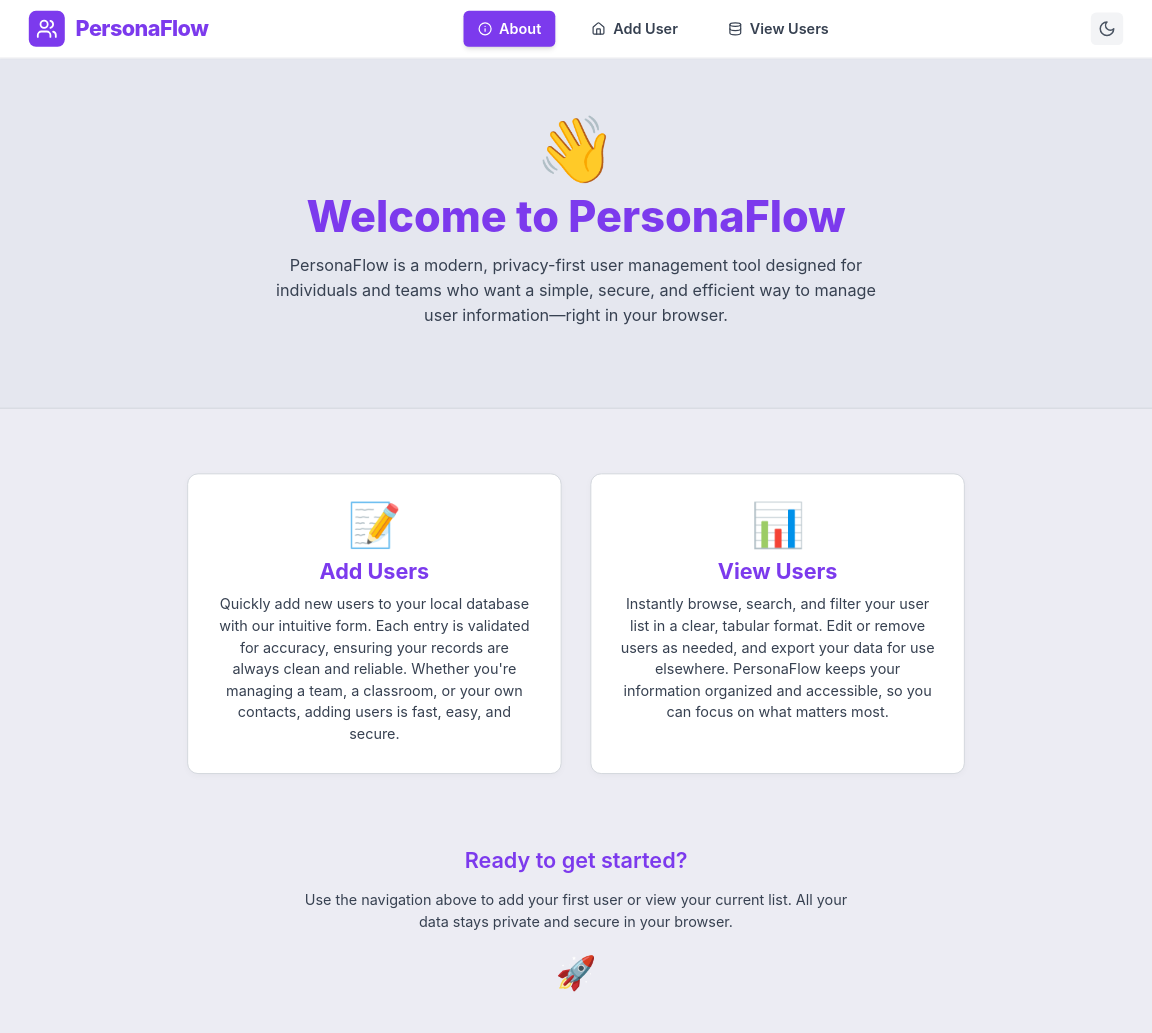
Repository: nikunjagarwal05/PersonaFlow
Page: /
These files come from the project's save history. The page is drawn as it stood at one moment and after the next save; the edit follows.
The browser window is 1280 px wide. The pictures show the whole page, at 90% of full size.
The project was rebuilt for these pictures with package versions that can differ from the ones it lists, and the page was loaded fresh each time. Also part of the build but not shown: vite.config.ts, src/components/Toast.jsx, src/components/UserForm.jsx, src/utils/localStorage.js, src/pages/Home.jsx, src/components/UserTable.jsx, src/components/SearchBar.jsx, src/components/Pagination.jsx and 2 more.

Above is the page before, as saved 2025-06-10 18:12:23.

### index.html
<!doctype html>
<html lang="en">
  <head>
    <meta charset="UTF-8" />
    <link rel="icon" type="image/svg+xml" href="/vite.svg" />
    <meta name="viewport" content="width=device-width, initial-scale=1.0" />
    <meta name="description" content="PersonaFlow - A professional user management system with advanced data handling capabilities" />
    <meta name="keywords" content="user management, data management, professional design, React, JavaScript" />
    <meta name="author" content="PersonaFlow Team" />

    <!-- Open Graph / Facebook -->
    <meta property="og:type" content="website" />
    <meta property="og:title" content="PersonaFlow - Professional User Management" />
    <meta property="og:description" content="Manage users with our professional, clean interface" />

    <!-- Twitter -->
    <meta property="twitter:card" content="summary_large_image" />
    <meta property="twitter:title" content="PersonaFlow - Professional User Management" />
    <meta property="twitter:description" content="Manage users with our professional, clean interface" />

    <title>PersonaFlow - User Management System</title>
  </head>
  <body>
    <div id="root"></div>
    <script type="module" src="/src/main.jsx"></script>
  </body>
</html>

### src/App.jsx
import React, { useState, useEffect } from 'react';
import { BrowserRouter as Router, Routes, Route } from 'react-router-dom';

import { ToastProvider } from './components/ToastContainer';
import Navbar from './components/Navbar';
import Home from './pages/Home';
import ViewData from './pages/ViewData';
import About from './pages/About';

// App component manages global state, dark mode, and routing
function App() {
  const [darkMode, setDarkMode] = useState(() => {
    const saved = localStorage.getItem('darkMode');
    return saved ? JSON.parse(saved) : false;
  });

  useEffect(() => {
    localStorage.setItem('darkMode', JSON.stringify(darkMode));
    if (darkMode) {
      document.documentElement.classList.add('dark');
    } else {
      document.documentElement.classList.remove('dark');
    }
  }, [darkMode]);

  const toggleDarkMode = () => {
    setDarkMode(!darkMode);
  };

  return (
    <div className={`min-h-screen transition-colors duration-300 ${darkMode ? 'dark' : ''}`}>
      <ToastProvider>
        <Router>
          <Navbar darkMode={darkMode} toggleDarkMode={toggleDarkMode} />
          <Routes>
            <Route path="/" element={<About />} />
            <Route path="/add" element={<Home />} />
            <Route path="/view" element={<ViewData />} />
          </Routes>
        </Router>
      </ToastProvider>
    </div>
  );
}

export default App;

### src/index.css
@tailwind base;
@tailwind components;
@tailwind utilities;

@layer base {
  html {
    scroll-behavior: smooth;
  }

  body {
    font-family: -apple-system, BlinkMacSystemFont, 'Segoe UI', 'Roboto', 'Oxygen',
      'Ubuntu', 'Cantarell', 'Fira Sans', 'Droid Sans', 'Helvetica Neue',
      sans-serif;
    -webkit-font-smoothing: antialiased;
    -moz-osx-font-smoothing: grayscale;
    background-color: theme('colors.lightbg'); /* Deeper, softer white for light mode */
    color: theme('colors.gray.900');
  }
  .card {
    background-color: theme('colors.lightcard');
    border: 1px solid theme('colors.lightborder');
    border-radius: 0.75rem;
    box-shadow: 0 2px 8px 0 rgba(0,0,0,0.03);
  }
  .dark body {
    background-color: theme('colors.gray.900');
    color: theme('colors.gray.100');
  }
  .dark .card {
    background-color: theme('colors.gray.800');
    border: 1px solid theme('colors.gray.700');
  }
}

@layer utilities {
  .animate-slide-in {
    animation: slideIn 0.3s ease-out;
  }

  .animate-fade-in {
    animation: fadeIn 0.2s ease-out;
  }
}

@keyframes slideIn {
  from {
    opacity: 0;
    transform: translateX(100%);
  }
  to {
    opacity: 1;
    transform: translateX(0);
  }
}

@keyframes fadeIn {
  from {
    opacity: 0;
  }
  to {
    opacity: 1;
  }
}

/* Custom scrollbar */
::-webkit-scrollbar {
  width: 8px;
}

::-webkit-scrollbar-track {
  background: rgba(0, 0, 0, 0.1);
  border-radius: 10px;
}

::-webkit-scrollbar-thumb {
  background: #3b82f6;
  border-radius: 10px;
}

::-webkit-scrollbar-thumb:hover {
  background: #2563eb;
}

/* Focus styles */
input:focus, select:focus, textarea:focus {
  outline: none;
  box-shadow: 0 0 0 3px rgba(59, 130, 246, 0.3);
}

/* Selection styles */
::selection {
  background: rgba(59, 130, 246, 0.3);
  color: white;
}

/* Loading spinner */
.loading-spinner {
  border: 3px solid rgba(59, 130, 246, 0.3);
  border-radius: 50%;
  border-top: 3px solid #3b82f6;
  width: 24px;
  height: 24px;
  animation: spin 1s linear infinite;
}

@keyframes spin {
  0% { transform: rotate(0deg); }
  100% { transform: rotate(360deg); }
}

/* Button animations */
.btn-hover {
  transition: all 0.2s ease-in-out;
}

.btn-hover:hover {
  transform: translateY(-1px);
  box-shadow: 0 4px 12px rgba(0, 0, 0, 0.15);
}

/* Card hover effects */
.card-hover {
  transition: all 0.2s ease-in-out;
}

.card-hover:hover {
  transform: translateY(-2px);
  box-shadow: 0 8px 25px rgba(0, 0, 0, 0.1);
}

/* Mobile optimizations */
@media (max-width: 768px) {
  .animate-slide-in {
    animation: slideInMobile 0.3s ease-out;
  }
}

@keyframes slideInMobile {
  from {
    opacity: 0;
    transform: translateY(20px);
  }
  to {
    opacity: 1;
    transform: translateY(0);
  }
}

/* High contrast mode support */
@media (prefers-contrast: high) {
  .bg-gradient-to-r {
    background: solid;
  }
}

/* Reduced motion support */
@media (prefers-reduced-motion: reduce) {
  * {
    animation-duration: 0.01ms !important;
    animation-iteration-count: 1 !important;
    transition-duration: 0.01ms !important;
  }

  .animate-slide-in,
  .animate-fade-in {
    animation: none;
  }
}

/* Dark mode improvements */
.dark {
  color-scheme: dark;
}

/* Form improvements */
.form-input {
  transition: all 0.2s ease-in-out;
}

.form-input:focus {
  transform: translateY(-1px);
}

/* Table improvements */
.table-row {
  transition: all 0.2s ease-in-out;
}

.table-row:hover {
  transform: scale(1.01);
}

/* Accent color for buttons and links */
.btn-accent {
  background-color: theme('colors.accent.DEFAULT');
  color: #fff;
}
.btn-accent:hover {
  background-color: theme('colors.accent.dark');
}
.link-accent {
  color: theme('colors.accent.DEFAULT');
}
.link-accent:hover {
  color: theme('colors.accent.dark');
}

/* Use darkaccent for accent in dark mode */
.dark .btn-accent {
  background-color: theme('colors.darkaccent.DEFAULT');
  color: #fff;
}
.dark .btn-accent:hover {
  background-color: theme('colors.darkaccent.dark');
}
.dark .link-accent {
  color: theme('colors.darkaccent.DEFAULT');
}
.dark .link-accent:hover {
  color: theme('colors.darkaccent.dark');
}

### src/components/ToastContainer.jsx
import React, { createContext, useContext, useState, useCallback } from 'react';
import Toast from './Toast';

// ToastContainer provides context and renders toasts
const ToastContext = createContext(undefined);

export const useToast = () => {
  const context = useContext(ToastContext);
  if (!context) {
    throw new Error('useToast must be used within a ToastProvider');
  }
  return context;
};

export const ToastProvider = ({ children }) => {
  const [toasts, setToasts] = useState([]);

  const showToast = useCallback((toast) => {
    const id = crypto.randomUUID();
    const newToast = {
      ...toast,
      id,
      onClose: removeToast,
    };
    setToasts(prev => [...prev, newToast]);
  }, []);

  const removeToast = useCallback((id) => {
    setToasts(prev => prev.filter(toast => toast.id !== id));
  }, []);

  return (
    <ToastContext.Provider value={{ showToast }}>
      {children}
      <div className="fixed top-4 right-4 z-50 space-y-2 max-w-sm">
        {toasts.map(toast => (
          <Toast key={toast.id} {...toast} />
        ))}
      </div>
    </ToastContext.Provider>
  );
};

### src/components/Navbar.jsx
import React from 'react';
import { Link, useLocation } from 'react-router-dom';
import { Home, Database, Moon, Sun, Users, Info } from 'lucide-react';

// Navbar component provides navigation and dark mode toggle
const Navbar = ({ darkMode, toggleDarkMode }) => {
  const location = useLocation();

  return (
    <nav className="sticky top-0 z-40 bg-white dark:bg-gray-900 border-b border-gray-200 dark:border-gray-700 shadow-sm">
      <div className="max-w-7xl mx-auto px-4 sm:px-6 lg:px-8">
        <div className="flex justify-between items-center h-16 w-full">

          {/* App Name at far left */}
          <div className="flex items-center pr-8 min-w-[220px]">

            <div className="p-2 bg-accent dark:bg-darkaccent rounded-lg">
              <Users className="w-6 h-6 text-white" />
            </div>

            <h1 className="ml-3 text-2xl font-extrabold text-accent dark:text-darkaccent-light tracking-tight select-none">
              PersonaFlow
            </h1>
          </div>

          {/* Nav Links Centered */}
          <div className="flex-1 flex justify-center">
            <div className="flex items-baseline space-x-6">
              <Link
                to="/"
                className={`px-4 py-2 rounded-md font-semibold transition-all duration-200 flex items-center space-x-2 ${
                  location.pathname === '/'
                    ? 'bg-accent dark:bg-darkaccent text-white shadow-md'
                    : 'text-gray-700 dark:text-gray-300 hover:bg-gray-100 dark:hover:bg-gray-800'
                }`}
              >
                <Info className="w-4 h-4" />
                <span>About</span>
              </Link>
              <Link
                to="/add"
                className={`px-4 py-2 rounded-md font-semibold transition-all duration-200 flex items-center space-x-2 ${
                  location.pathname === '/add'
                    ? 'bg-accent dark:bg-darkaccent text-white shadow-md'
                    : 'text-gray-700 dark:text-gray-300 hover:bg-gray-100 dark:hover:bg-gray-800'
                }`}
              >
                <Home className="w-4 h-4" />
                <span>Add User</span>
              </Link>
              <Link
                to="/view"
                className={`px-4 py-2 rounded-md font-semibold transition-all duration-200 flex items-center space-x-2 ${
                  location.pathname === '/view'
                    ? 'bg-accent dark:bg-darkaccent text-white shadow-md'
                    : 'text-gray-700 dark:text-gray-300 hover:bg-gray-100 dark:hover:bg-gray-800'
                }`}
              >
                <Database className="w-4 h-4" />
                <span>View Users</span>
              </Link>
            </div>
          </div>

          {/* Theme Toggle at far right */}
          <div className="flex items-center justify-end min-w-[60px]">
            <button
              onClick={toggleDarkMode}
              className="p-2 rounded-md bg-gray-100 dark:bg-gray-800 hover:bg-gray-200 dark:hover:bg-gray-700 transition-all duration-200"
              aria-label="Toggle dark mode"
            >
              {darkMode ? (
                <Sun className="w-5 h-5 text-yellow-500" />
              ) : (
                <Moon className="w-5 h-5 text-gray-600" />
              )}
            </button>
          </div>
        </div>
      </div>

      {/* Mobile Navigation */}
      <div className="md:hidden border-t border-gray-200 dark:border-gray-700">
        <div className="px-2 pt-2 pb-3 space-y-1">
          <Link
            to="/"
            className={`block px-3 py-2 rounded-md text-base font-medium transition-all duration-200 flex items-center space-x-2 ${
              location.pathname === '/'
                ? 'bg-accent dark:bg-darkaccent text-white'
                : 'text-gray-700 dark:text-gray-300 hover:bg-gray-100 dark:hover:bg-gray-800'
            }`}
          >
            <Info className="w-4 h-4" />
            <span>About</span>
          </Link>
          <Link
            to="/add"
            className={`block px-3 py-2 rounded-md text-base font-medium transition-all duration-200 flex items-center space-x-2 ${
              location.pathname === '/add'
                ? 'bg-accent dark:bg-darkaccent text-white'
                : 'text-gray-700 dark:text-gray-300 hover:bg-gray-100 dark:hover:bg-gray-800'
            }`}
          >
            <Home className="w-4 h-4" />
            <span>Add User</span>
          </Link>
          <Link
            to="/view"
            className={`block px-3 py-2 rounded-md text-base font-medium transition-all duration-200 flex items-center space-x-2 ${
              location.pathname === '/view'
                ? 'bg-accent dark:bg-darkaccent text-white'
                : 'text-gray-700 dark:text-gray-300 hover:bg-gray-100 dark:hover:bg-gray-800'
            }`}
          >
            <Database className="w-4 h-4" />
            <span>View Users</span>
          </Link>
        </div>
      </div>
    </nav>
  );
};

export default Navbar;

### src/pages/About.jsx
import React from 'react';

// About page: Explains the website and its main features in depth
const About = () => {
  return (
    <div className="min-h-screen bg-lightbg dark:bg-gray-900 text-gray-900 dark:text-gray-100">
      {/* Hero Section */}
      <section className="w-full py-16 bg-lightcard dark:bg-gray-800 border-b border-lightborder dark:border-gray-700 mb-10">
        <div className="max-w-3xl mx-auto px-4 flex flex-col items-center text-center">
          <span className="inline-block text-7xl mb-4">👋</span>
          <h1 className="text-4xl sm:text-5xl font-extrabold text-accent dark:text-accent-light mb-4">Welcome to PersonaFlow</h1>
          <p className="text-lg text-gray-700 dark:text-gray-200 max-w-2xl mb-6">
            PersonaFlow is a modern, privacy-first user management tool designed for individuals and teams who want a simple, secure, and efficient way to manage user information—right in your browser.
          </p>
        </div>
      </section>

      {/* Features Section */}
      <section className="max-w-4xl mx-auto px-4 py-8 grid grid-cols-1 md:grid-cols-2 gap-8">
        {/* Add Users Feature */}
        <div className="bg-white dark:bg-gray-800 card p-8 flex flex-col items-center text-center">
          <span className="text-5xl mb-3">📝</span>
          <h2 className="text-2xl font-bold text-accent dark:text-accent-light mb-2">Add Users</h2>
          <p className="text-gray-700 dark:text-gray-200">
            Quickly add new users to your local database with our intuitive form. Each entry is validated for accuracy, ensuring your records are always clean and reliable. Whether you're managing a team, a classroom, or your own contacts, adding users is fast, easy, and secure.
          </p>
        </div>
        {/* View Users Feature */}
        <div className="bg-white dark:bg-gray-800 card p-8 flex flex-col items-center text-center">
          <span className="text-5xl mb-3">📊</span>
          <h2 className="text-2xl font-bold text-accent dark:text-accent-light mb-2">View Users</h2>
          <p className="text-gray-700 dark:text-gray-200">
            Instantly browse, search, and filter your user list in a clear, tabular format. Edit or remove users as needed, and export your data for use elsewhere. PersonaFlow keeps your information organized and accessible, so you can focus on what matters most.
          </p>
        </div>
      </section>

      {/* Call to Action */}
      <section className="max-w-2xl mx-auto px-4 py-12 text-center">
        <h3 className="text-2xl font-semibold mb-4 text-accent dark:text-accent-light">Ready to get started?</h3>
        <p className="text-gray-700 dark:text-gray-200 mb-6">
          Use the navigation above to add your first user or view your current list. All your data stays private and secure in your browser.
        </p>
        <span className="inline-block text-4xl">🚀</span>
      </section>
    </div>
  );
};

export default About;

### tailwind.config.js
/** @type {import('tailwindcss').Config} */
export default {
  content: ['./index.html', './src/**/*.{js,ts,jsx,tsx}'],
  theme: {
    extend: {
      colors: {
        lightbg: '#ececf3', // deeper, softer white for light mode
        lightcard: '#e5e7ef', // soft card
        lightborder: '#d1d5db',
        accent: {
          DEFAULT: '#7c3aed', // deep purple for light mode
          dark: '#6d28d9', // even deeper purple
          light: '#a78bfa', // lighter purple
        },
        darkaccent: {
          DEFAULT: '#06b6d4', // cyan/teal for dark mode
          dark: '#0e7490',
          light: '#67e8f9',
        },
      },
    },
  },
  plugins: [],
  darkMode: 'class',
};

Loaded but not shown: src/main.jsx (common file)

After the next save:
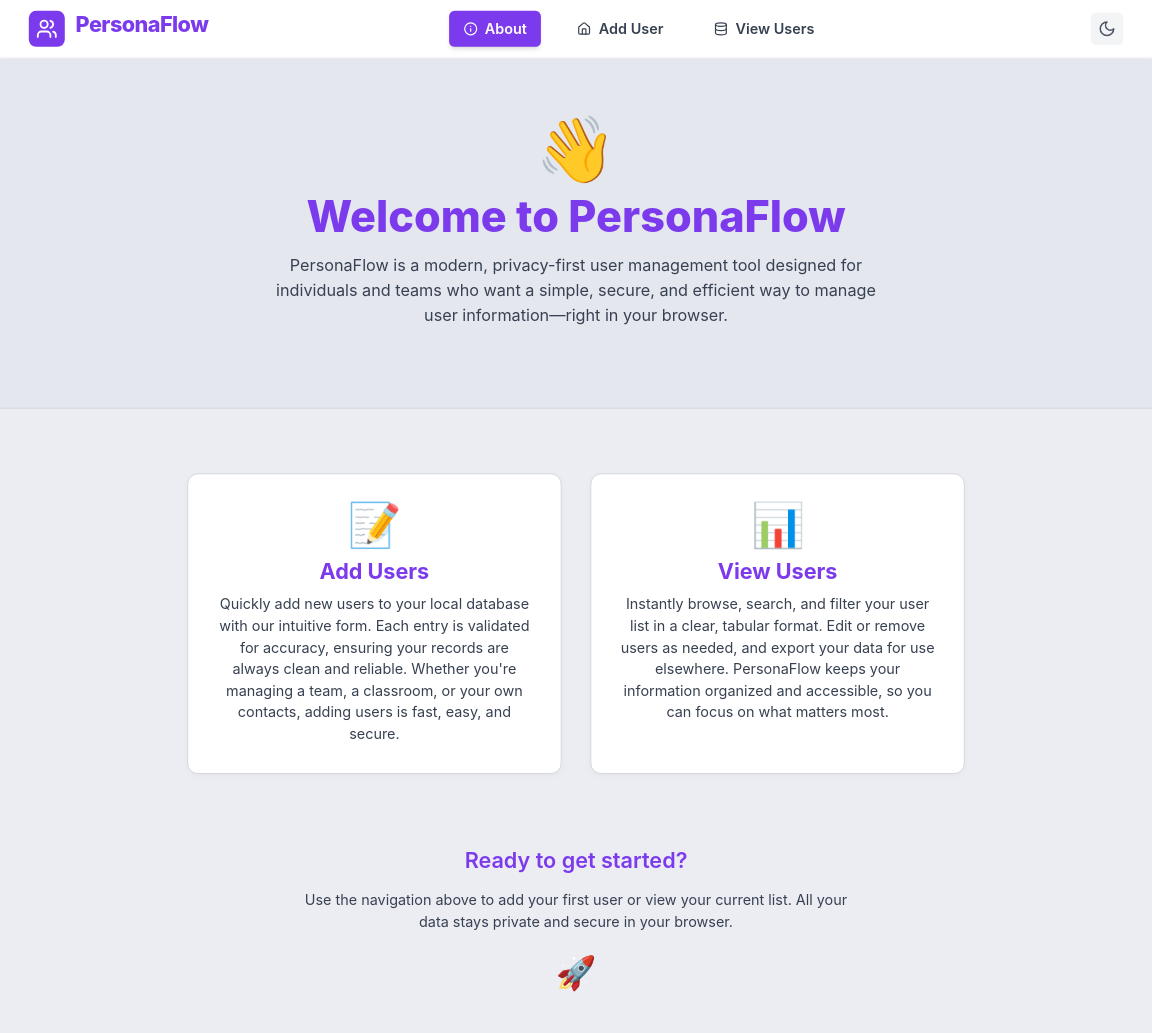
Saved 5 s later.
--- a/src/components/Navbar.jsx
+++ b/src/components/Navbar.jsx
@@ -12,7 +12,7 @@ const Navbar = ({ darkMode, toggleDarkMode }) => {
         <div className="flex justify-between items-center h-16 w-full">
 
           {/* App Name at far left */}
-          <div className="flex items-center pr-8 min-w-[220px]">
+          <div className="flex items-centermin-w-[220px]">
 
             <div className="p-2 bg-accent dark:bg-darkaccent rounded-lg">
               <Users className="w-6 h-6 text-white" />
